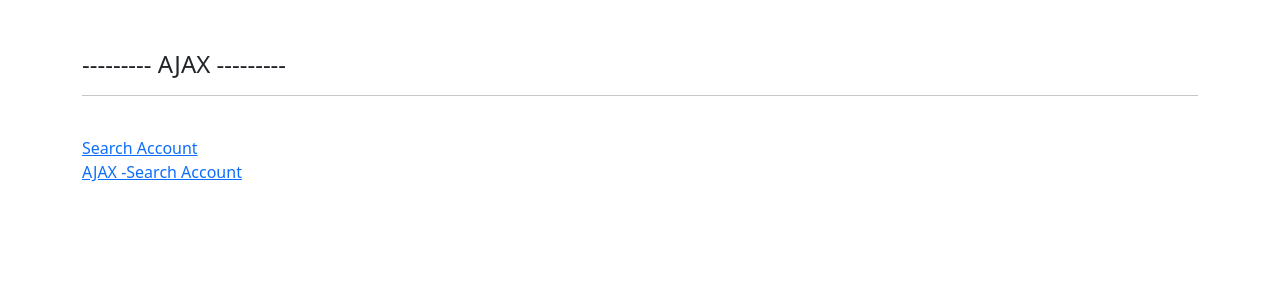
Repository: Kapil-06/My-Java-Projects
Page: http://localhost/AJAX_Module/
The author's editor kept a copy of each file at every save. The page is drawn from the files as they stood at one save, then again after the next save.
The browser window is 1280 px wide. The pictures show the whole page.
The page is served by Tomcat 9. Other server files are loaded and not shown.

Above is the page before, as saved 2023-06-12 05:37:58.

### AJAX Module/src/main/webapp/index.jsp
<%@ page language="java" contentType="text/html; charset=ISO-8859-1"
    pageEncoding="ISO-8859-1"%>
<!DOCTYPE html>
<html>
<head>
<meta charset="ISO-8859-1">
<title>Ajax</title>
<link rel="stylesheet" href="bootstrap.min.css">
</head>
<body style="margin-top: 50px;">
    <div class="container">
        <h4>--------- AJAX ---------</h4>
        <hr>
        <br>
        <a href="SearchAccount.html">Search Account</a>
		<br>
		<a href="SearchAccountUsingAjax.html">AJAX -Search Account</a>
    </div>
</body>
</html>

Loaded but not shown: AJAX Module/src/main/webapp/bootstrap.min.css (library)

After the next save:
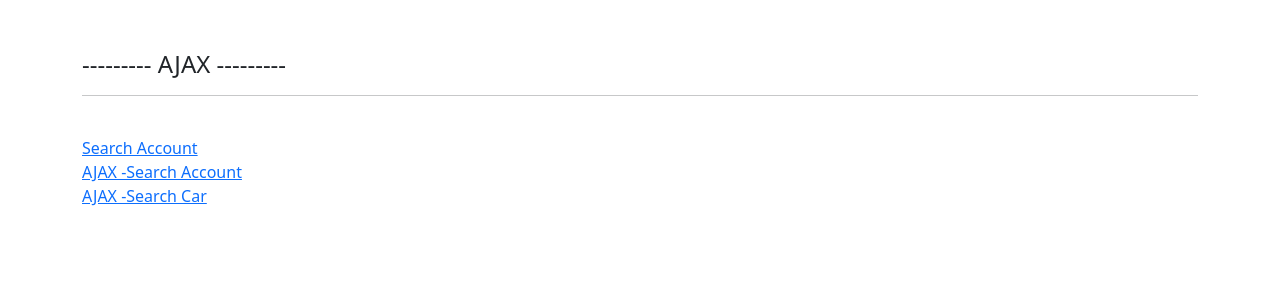
Saved 2 min 17 s later.
--- a/AJAX Module/src/main/webapp/index.jsp
+++ b/AJAX Module/src/main/webapp/index.jsp
@@ -15,6 +15,8 @@
         <a href="SearchAccount.html">Search Account</a>
 		<br>
 		<a href="SearchAccountUsingAjax.html">AJAX -Search Account</a>
+		<br>
+		<a href="SearchCarInfo.html">AJAX -Search Car</a>
     </div>
 </body>
 </html>
